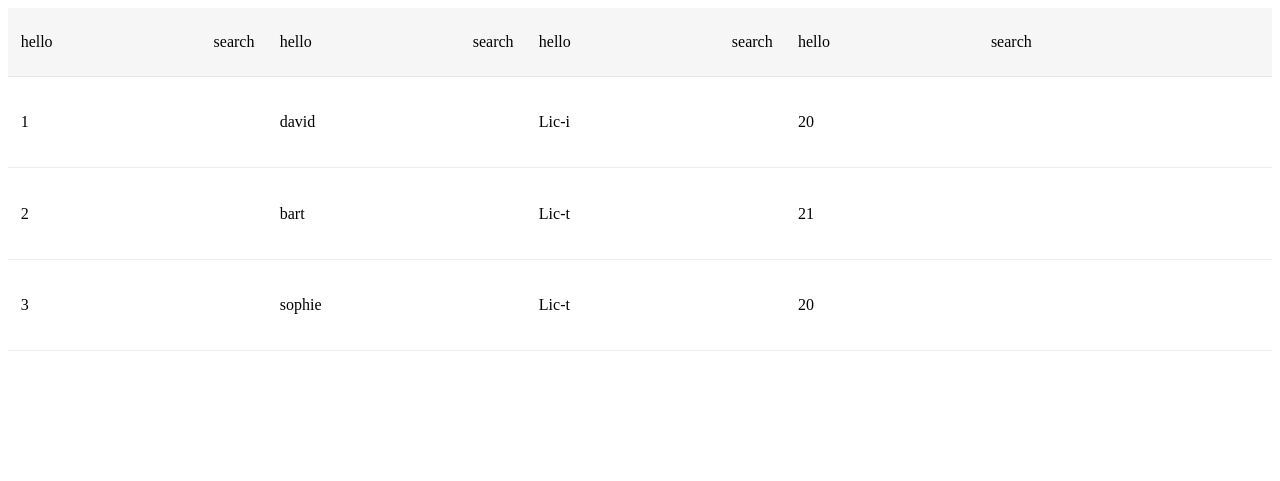
Repository: mrDav90/simple-htmlTable-generator
Page: index.html
The author's editor kept a copy of each file at every save. The page is drawn from the files as they stood at one save, then again after the next save.
The browser window is 1280 px wide. The pictures show the whole page.

Above is the page before, as saved 2022-08-09 17:42:43.

After the next save:
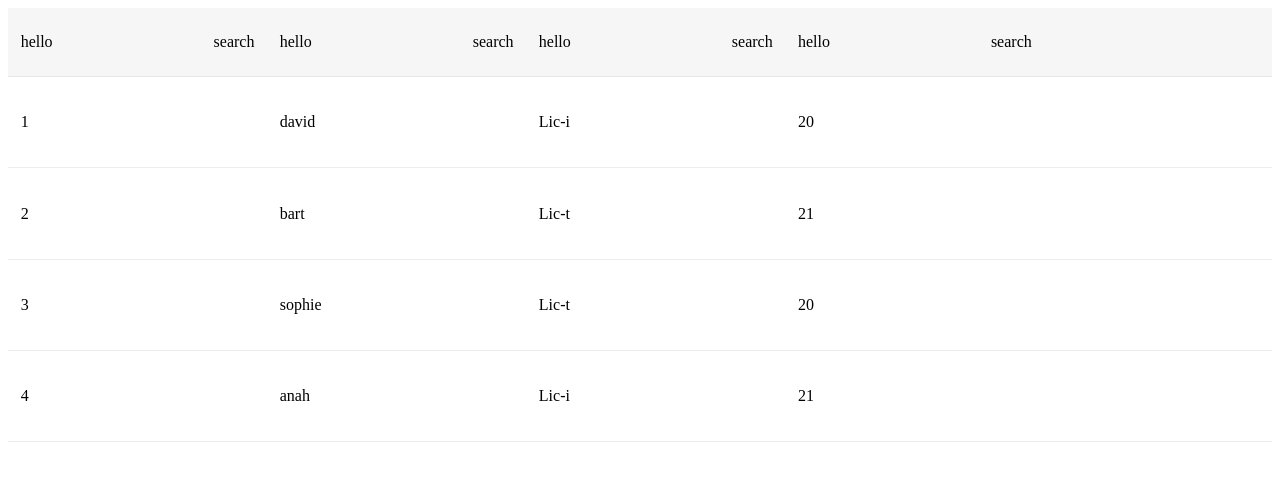
Saved 42 s later.
--- a/index.html
+++ b/index.html
@@ -138,6 +138,12 @@
                     class : "Lic-t" ,
                     age : 20
                 } ,
+                {
+                    id : 4,
+                    name : "anah" ,
+                    class : "Lic-i" ,
+                    age : 21
+                } ,
             ]
 
             ninjavidTable({
